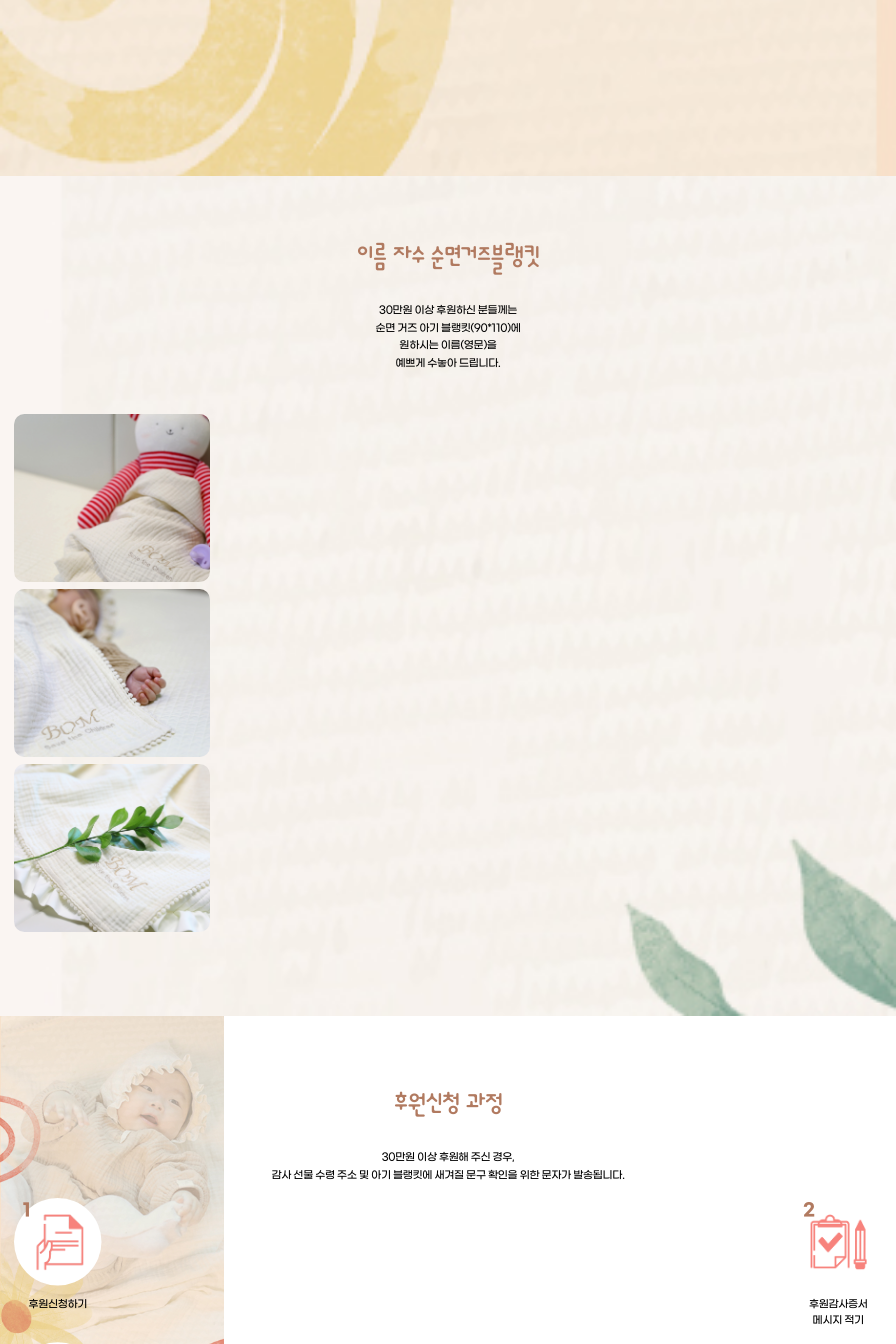
Repository: dlgywls1130/save_the_m320
Page: index.html
These files come from the project's save history. The page is drawn as it stood at one moment and after the next save; the edit follows.
The browser window is 1280 px wide. The pictures show the part of the page from y = 3189 to 5109 px (the page is 7140 px tall), at 70% of full size.

Above is the page before, as saved 2023-12-21 11:22:37.

After the next save:
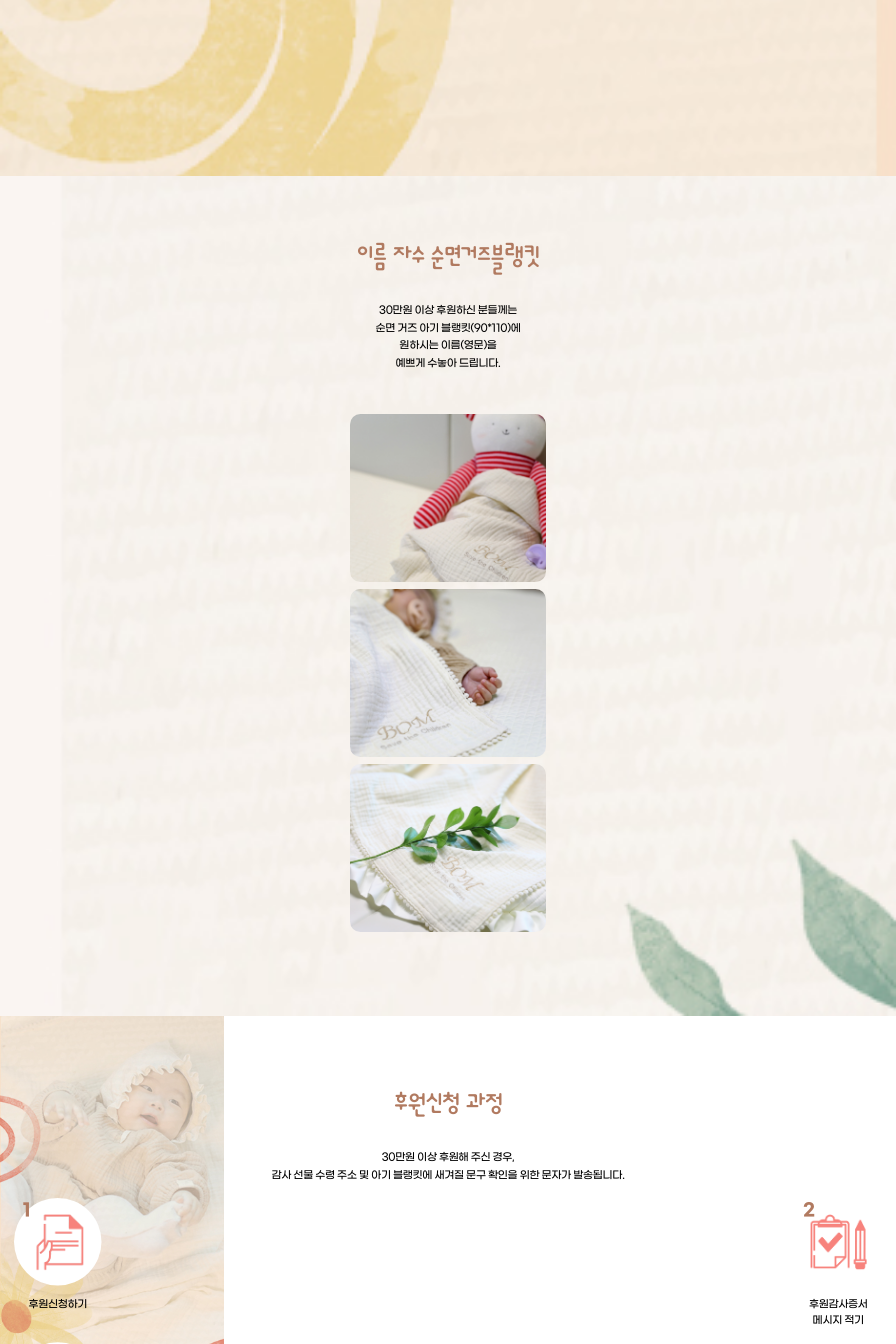
Saved 53 s later.
--- a/css/style.css
+++ b/css/style.css
@@ -403,7 +403,7 @@
     width: 280px;
     height: 240px;
     border-radius: 9px;
-    margin-bottom: 10px;
+    margin: 0 auto 10px;
 }
 
 .se04_slide_list img{
